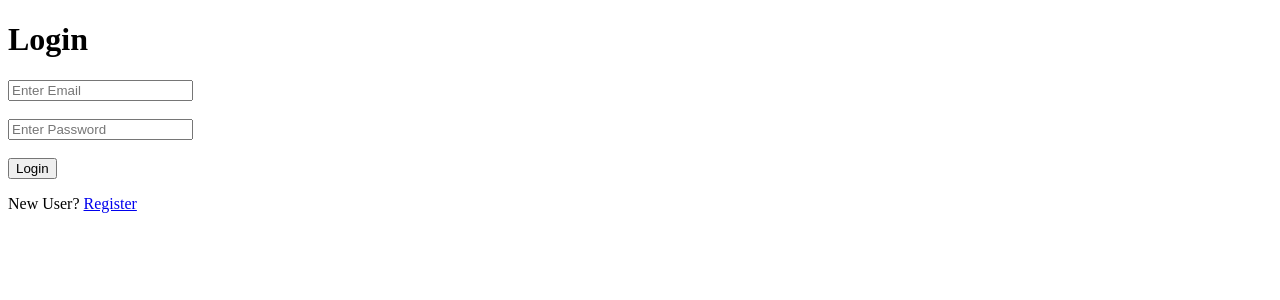
Repository: DeepikaBotla77/Ecommerce
Page: /
These files come from the project's save history. The page is drawn as it stood at one moment and after a run of saves; the edit follows.
The browser window is 1280 px wide. The pictures show the whole page.
The project was rebuilt for these pictures with package versions that can differ from the ones it lists, and the page was loaded fresh each time. Also part of the build but not shown: vite.config.js.

Above is the page before, as saved 2026-06-30 11:10:04.

After the next 2 saves:
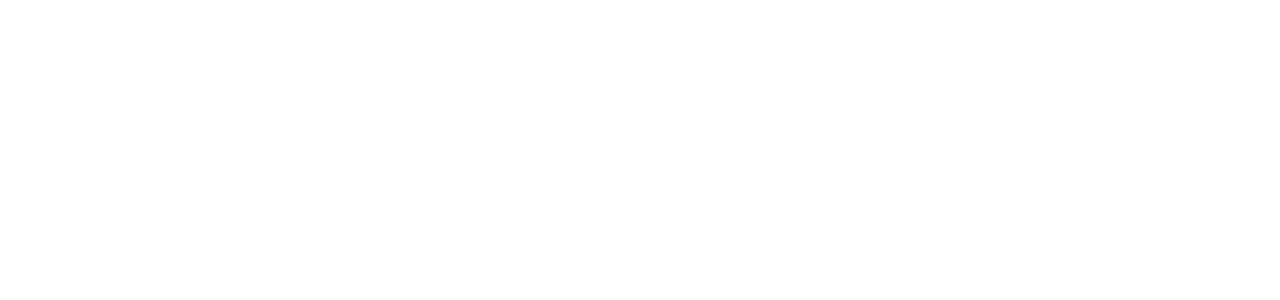
Console error: ReferenceError: products is not defined
The 2 saves are shown as one change because they came seconds apart.
The last was saved 23 s later.
--- a/src/Product/products.jsx
+++ b/src/Product/products.jsx
@@ -39,4 +39,4 @@
   );
 }
 
-export default Products;
+export default products;

After the save that followed:
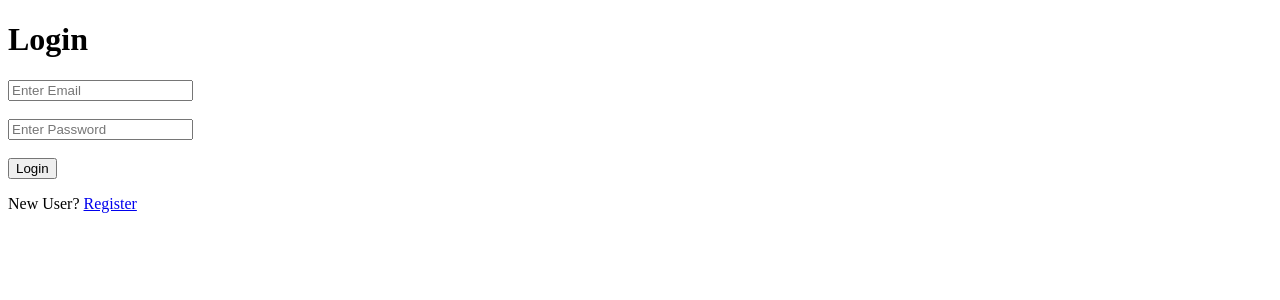
The error is gone.
Saved 9 s later.
--- a/src/Product/products.jsx
+++ b/src/Product/products.jsx
@@ -1,6 +1,6 @@
 import { useEffect, useState } from "react";
 
-function Products() {
+function products() {
 
   const [products, setProducts] = useState([]);
 
